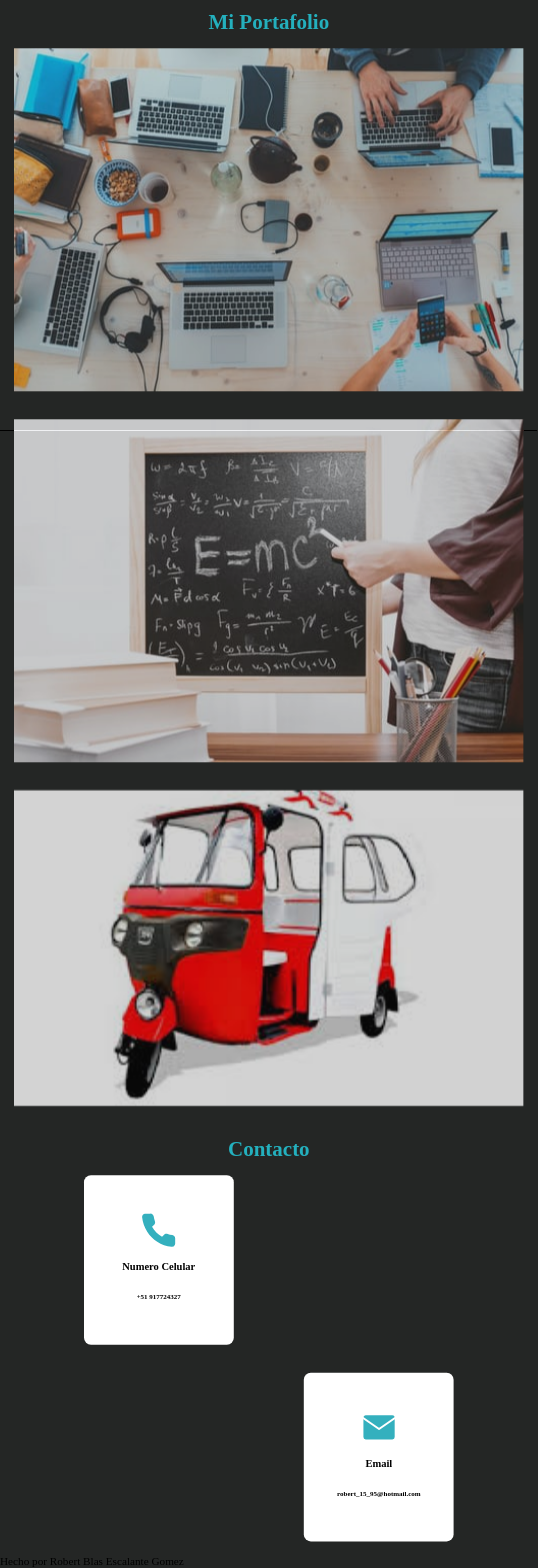
Repository: RobertAries28/PortafolioRobertEscalanteGomez2022
Page: index.html
These files come from the project's save history. The page is drawn as it stood at one moment and after the next save; the edit follows.
The browser window is 768 px wide. The pictures show the part of the page from y = 2290 to 4530 px (the page is 4530 px tall before and 4330 px after), at 70% of full size.

Above is the page before, as saved 2022-02-15 20:48:16.

After the next save:
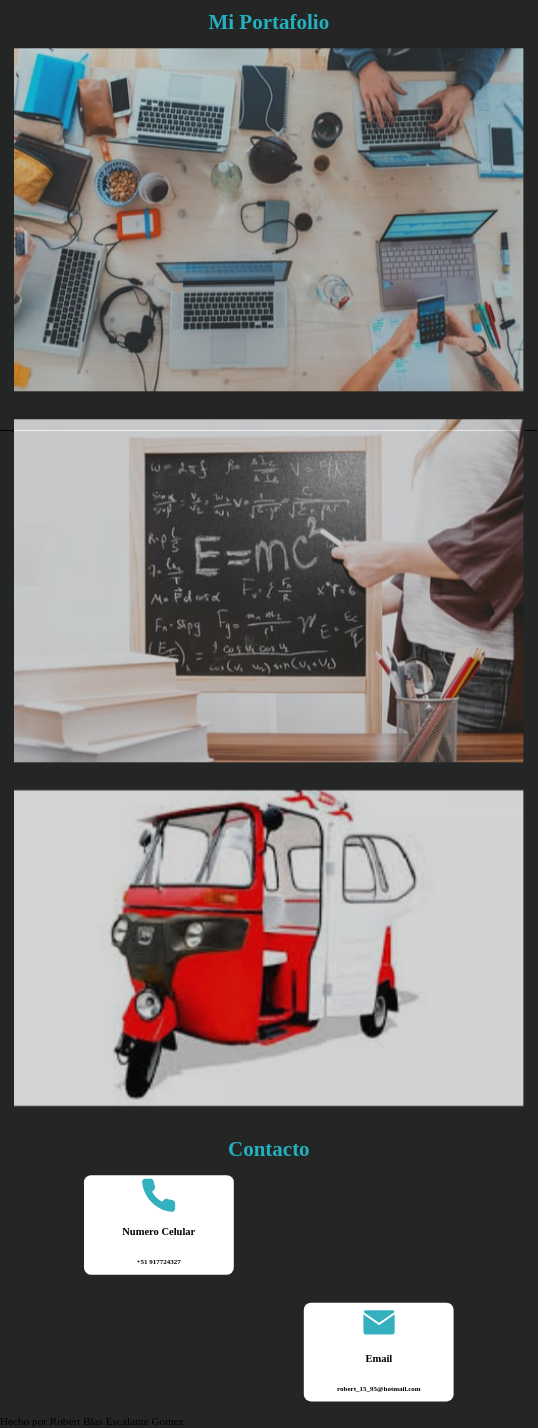
Saved 15 s later.
--- a/estilos.css
+++ b/estilos.css
@@ -616,7 +616,7 @@
     }
 
     .contacto div{
-        padding: 50px;
+        padding:0 50px;
     }
 
     .contacto div h3{
